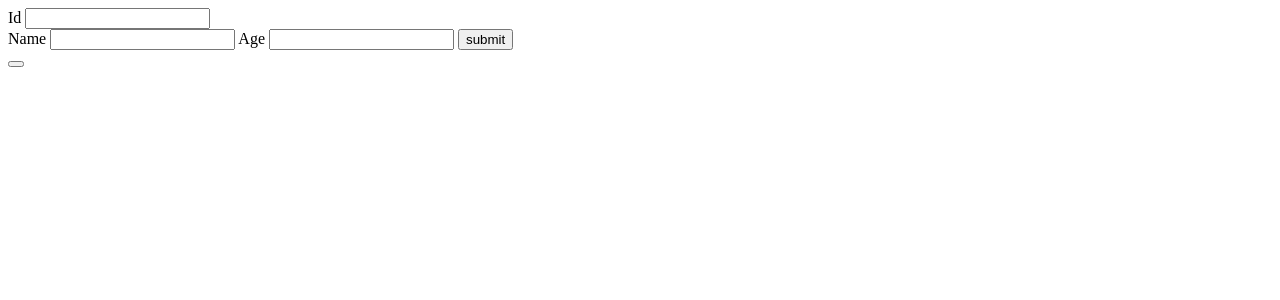
Repository: yash1sh/Java
Page: Bootcmp/DemoPro/src/main/webapp/indexform.html
The author's editor kept a copy of each file at every save. The page is drawn from the files as they stood at one save, then again after the next save.
The browser window is 1280 px wide. The pictures show the whole page.

Above is the page before, as saved 2022-05-17 05:05:55.

### Bootcmp/DemoPro/src/main/webapp/indexform.html
<!DOCTYPE html>
<html>
<head>
<meta charset="ISO-8859-1">
<title>Insert title here</title>
</head>
<body>

<section>
	<article>
	<form action="Person">
	 <label>Id</label>
	 <input type="text" name="id"> <br>
		<label>Name</label>
		<input type="text" name="name">
		<label>Age</label>
		<input type="text" name="age" >
		<button type="submit" value="submit"> submit</button>
	</form>
	</article>

</section>


	<button> <a href="/Login.html" Login</button>

</body>
</html>

After the next save:
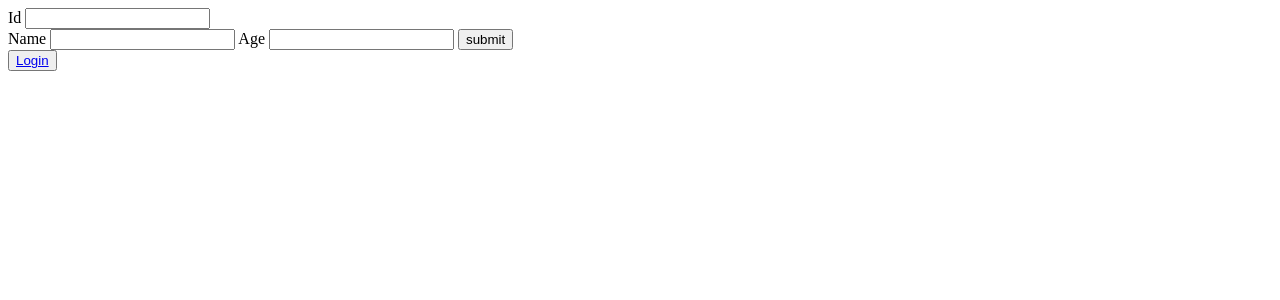
Saved 67 s later.
--- a/Bootcmp/DemoPro/src/main/webapp/indexform.html
+++ b/Bootcmp/DemoPro/src/main/webapp/indexform.html
@@ -21,8 +21,8 @@
 
 </section>
 
-
-	<button> <a href="/Login.html" Login</button>
+<a href="/html"></a>
+	<button><a href="/Login.html">Login </a></button>
 
 </body>
 </html>
